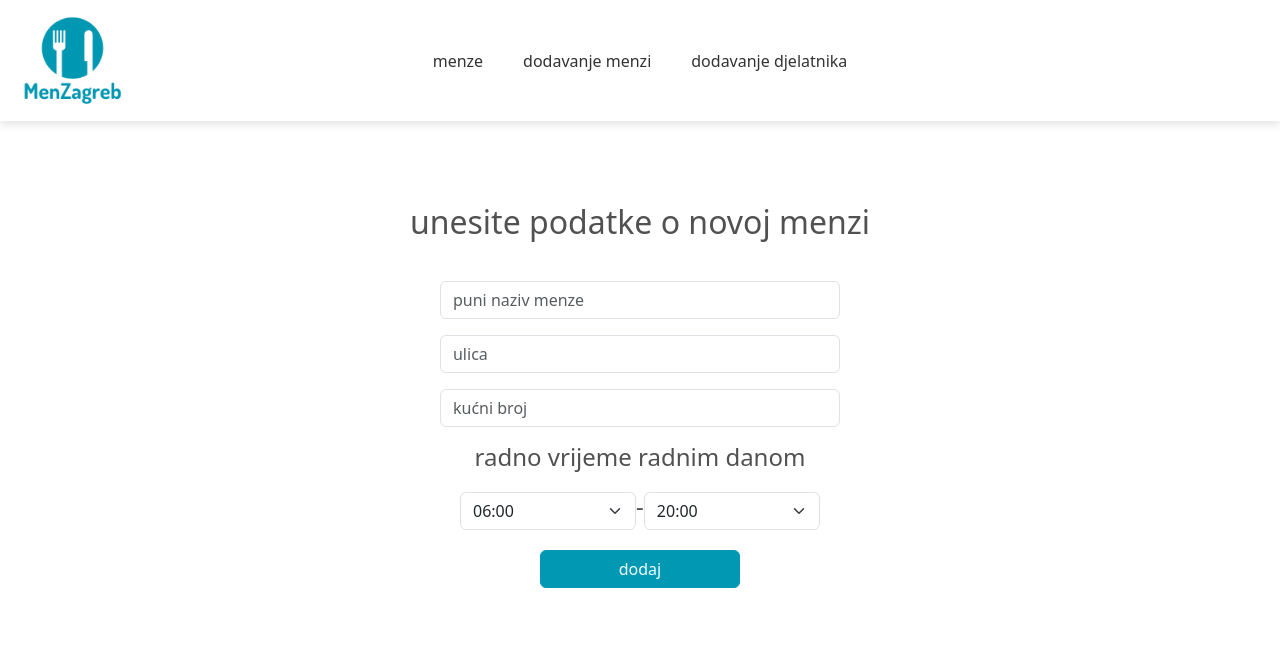
Repository: MENZG/menZg
Page: /admin/dodajMenzu (app in IzvorniKod/)
These files come from the project's save history. The page is drawn as it stood at one moment and after the next save; the edit follows.
The browser window is 1280 px wide. The pictures show the whole page.
The project was rebuilt for these pictures with package versions that can differ from the ones it lists, and the page was loaded fresh each time. Also part of the build but not shown: IzvorniKod/vite.config.ts, IzvorniKod/src/Components/LoginForm.tsx, IzvorniKod/src/Components/AdminLogin.tsx, IzvorniKod/src/Components/EmployeeLogin.tsx, IzvorniKod/src/Components/NavBar.tsx, IzvorniKod/src/Components/ListaMenza.tsx, IzvorniKod/src/Components/Profil.tsx, IzvorniKod/src/Components/ListaEmployees.tsx and 6 more.

Above is the page before, as saved 2024-11-07 14:10:40.

### IzvorniKod/index.html
<!DOCTYPE html>
<html lang="en">
  <head>
    <meta charset="UTF-8" />
    <meta name="viewport" content="width=device-width, initial-scale=1.0" />
    <link rel="preconnect" href="https://fonts.googleapis.com">
    <link rel="preconnect" href="https://fonts.gstatic.com" crossorigin>
    <link href="https://fonts.googleapis.com/css2?family=Poiret+One&display=swap" rel="stylesheet">
    <title>MenZG</title>
  </head>
  <body>
    <div id="root"></div>
    <script type="module" src="/src/main.tsx"></script>
  </body>
</html>

### IzvorniKod/src/App.tsx
import {
  BrowserRouter as Router,
  Routes,
  Route,
  Navigate,
} from "react-router-dom";

import LoginForm from "./Components/LoginForm.tsx";
import AdminLogin from "./Components/AdminLogin.tsx";
import "bootstrap/dist/css/bootstrap.min.css";
import EmployeeLogin from "./Components/EmployeeLogin.tsx";
import ListaMenza from "./Components/ListaMenza.tsx";
import Profil from "./Components/Profil.tsx";
import AddMenza from "./Components/AddMenza.tsx";
import AddEmployee from "./Components/AddEmployee.tsx";
import AddWorkingHours from "./Components/AddWorkingHours.tsx";
import AddMeals from "./Components/AddMeals.tsx";
import ListaMenzaAdmin from "./Components/ListaMenzaAdmin.tsx";
import ListaMenzaEmployee from "./Components/ListaMenzaEmployee.tsx";

function App() {
  return (
    <Router>
      <Routes>
        <Route path="/" element={<Navigate to="/login/student" />} />
        <Route path="/login" element={<Navigate to="/login/student" />} />
        <Route path="/login/student" element={<LoginForm />} />
        <Route path="/login/admin" element={<AdminLogin />} />
        <Route path="/login/employee" element={<EmployeeLogin />} />
        <Route path="/menze" element={<ListaMenza />} />
        <Route path="/profil" element={<Profil />} />
        <Route path="/admin/menze" element={<ListaMenzaAdmin />} />
        <Route path="/admin/dodajMenzu" element={<AddMenza />} />
        <Route path="/admin/dodajDjelatnika" element={<AddEmployee />} />
        <Route path="/djelatnik/menze" element={<ListaMenzaEmployee />} />
        <Route path="/djelatnik/dodajJelovnik" element={<AddMeals />} />
        <Route
          path="/djelatnik/dodajRadnoVrijeme"
          element={<AddWorkingHours />}
        />
      </Routes>
    </Router>
  );
}

export default App;

### IzvorniKod/src/Components/AddMenza.tsx
import NavBarAdmin from "./NavBarAdmin";
import { Button, Form } from "react-bootstrap";
import "/src/styles/AddMenza.css";

function AddMenza() {
  return (
    <>
      <NavBarAdmin />
      <div className="dodaj-menzu-container">
        <h2 className="h2">unesite podatke o novoj menzi</h2>
        <Form className="w-100" style={{ maxWidth: "400px" }}>
          <Form.Group className="mb-3">
            <Form.Control
              className="form-control"
              type="text"
              placeholder="puni naziv menze"
            />
          </Form.Group>

          <Form.Group className="mb-3">
            <Form.Control
              className="form-control"
              type="text"
              placeholder="ulica"
            />
          </Form.Group>

          <Form.Group className="mb-3">
            <Form.Control
              className="form-control"
              type="text"
              placeholder="kućni broj"
            />
          </Form.Group>

          <h4 className="h4">radno vrijeme radnim danom</h4>
          <div className="select-container">
            <select className="form-select" aria-label="Default select example">
              <option selected>06:00</option>
              <option value="6">06:00</option>
              <option value="7">07:00</option>
              <option value="8">08:00</option>
              <option value="9">09:00</option>
              <option value="10">10:00</option>
              <option value="11">11:00</option>
              <option value="12">12:00</option>
              <option value="13">13:00</option>
              <option value="14">14:00</option>
              <option value="15">15:00</option>
              <option value="16">16:00</option>
              <option value="17">17:00</option>
              <option value="18">18:00</option>
              <option value="19">19:00</option>
              <option value="20">20:00</option>
              <option value="21">21:00</option>
              <option value="22">22:00</option>
              <option value="23">23:00</option>
            </select>
            <h4 className="h4"> - </h4>
            <select className="form-select" aria-label="Default select example">
              <option selected>20:00</option>
              <option value="6">06:00</option>
              <option value="7">07:00</option>
              <option value="8">08:00</option>
              <option value="9">09:00</option>
              <option value="10">10:00</option>
              <option value="11">11:00</option>
              <option value="12">12:00</option>
              <option value="13">13:00</option>
              <option value="14">14:00</option>
              <option value="15">15:00</option>
              <option value="16">16:00</option>
              <option value="17">17:00</option>
              <option value="18">18:00</option>
              <option value="19">19:00</option>
              <option value="20">20:00</option>
              <option value="21">21:00</option>
              <option value="22">22:00</option>
              <option value="23">23:00</option>
            </select>
          </div>

          <Button variant="primary" type="submit" className="w-50 mb-3">
            dodaj
          </Button>
        </Form>
      </div>
    </>
  );
}

export default AddMenza;

### IzvorniKod/src/styles/ListaMenza.css
/*.card-container {
    display: grid;
    grid-template-columns: repeat(auto-fill, minmax(18rem, 1fr));
    gap: 1rem;
    padding: 1rem;
    justify-items: center;
    align-items: start;
    padding-top: 20vh;
  }*/

  .card-container {
    display: grid;
    grid-template-columns: repeat(3, 1fr); /* Maksimalno 3 stupca */
    gap: 1rem;
    padding: 1rem;
    justify-items: center;
    justify-content: center;
    align-items: start;
    padding-top: 24vh;
    max-width: 75vw; /* Održite ovu širinu za udaljenost od rubova */
    margin-left: auto; /* Centriranje pomoću automatskih margina */
    margin-right: auto;
  }

  /* Smanji na 2 stupca za srednje ekrane */
  @media (max-width: 768px) {
    .card-container {
      grid-template-columns: repeat(2, 1fr);
    }
  }

  /* Smanji na 1 stupac za male ekrane (mobitele) */
  @media (max-width: 480px) {
    .card-container {
      grid-template-columns: 1fr;
    }
  }

  .card {
    box-shadow: 0px 4px 8px rgba(0, 0, 0, 0.2);
    border-radius: 8px;
    transition: transform 0.3s ease;
  }

  .card:hover {
    transform: scale(1.05);
  }

  .card img {
    border-top-left-radius: 8px;
    border-top-right-radius: 8px;
    object-fit: cover;
    height: 25vh;
  }

  .btn-primary{
    background-color: #0098b3;
    color: azure;
    border-color: #0098b3;
  }

  .btn-primary:hover{
    background-color: #00758a;
    border-color: #00758a;
  }

  .button-container {
    text-align: center;
  }

### IzvorniKod/src/Components/NavBarAdmin.tsx
import "/src/styles/NavBar.css";
import { useNavigate } from "react-router-dom";
import { Button } from "react-bootstrap";

const NavBarAdmin = () => {
  const navigate = useNavigate();

  const handleOnClickMenze = () => {
    navigate("/admin/menze");
  };

  const handleOnClickAddMenza = () => {
    navigate("/admin/dodajMenzu");
  };

  const handleOnClickAddEmployee = () => {
    navigate("/admin/dodajDjelatnika");
  };
  return (
    <nav className="navbar navbar-expand-lg bg-body-tertiary navbar-bg">
      <div className="container-fluid">
        <img
          src="/src/public/MenZagreb.png"
          alt="logo slika"
          className="logo-img"
        ></img>
        <div className="nav-btn-container">
          <ul className="navbar-nav me-auto mb-2 mb-lg-0">
            <li className="nav-item">
              <Button className="nav-btn" onClick={handleOnClickMenze}>
                menze
              </Button>
            </li>
            <li className="nav-item">
              <Button className="nav-btn" onClick={handleOnClickAddMenza}>
                dodavanje menzi
              </Button>
            </li>
            <li className="nav-item">
              <Button className="nav-btn" onClick={handleOnClickAddEmployee}>
                dodavanje djelatnika
              </Button>
            </li>
          </ul>
        </div>
      </div>
    </nav>
  );
};

export default NavBarAdmin;

### IzvorniKod/src/styles/AddMenza.css
.dodaj-menzu-container{
    display: flex;
    flex-direction: column;
    align-items: center; /* Centers the children horizontally */
    justify-content: center; /* Centers the children vertically, if needed */
    text-align: center;
    padding-top: 12vh;
}

.h2{
    color: rgb(81, 81, 81);
    margin-bottom: 40px;
}
.h4{
    color: rgb(81, 81, 81);
}

body {
    display: flex;
    justify-content: center; /* Centers horizontally */
    align-items: center; /* Centers vertically */
    min-height: 100vh; /* Ensures the body takes the full height of the viewport */
    margin: 0; /* Removes default margin */
  }

.select-container{
    display: flex;
    flex-direction: row;
    margin: 20px;
}

### IzvorniKod/src/styles/AddEmployee.css
.dodaj-djelatnika-container{
    display: flex;
    flex-direction: column;
    align-items: center; /* Centers the children horizontally */
    justify-content: center; /* Centers the children vertically, if needed */
    text-align: center;
    padding-top: 24vh;
}

.h2{
    color: rgb(81, 81, 81);
    margin-bottom: 40px;
}

body {
    display: flex;
    justify-content: center; /* Centers horizontally */
    align-items: center; /* Centers vertically */
    min-height: 100vh; /* Ensures the body takes the full height of the viewport */
    margin: 0; /* Removes default margin */
  }

### IzvorniKod/src/styles/NavBar.css
.logo-img {
    height: 14vh;
    margin: 0;
}

/* Stil za navigacijske botune */
.nav-item .nav-btn {
    background: none;
    border: none;
    color: #333;
    font-weight: normal;
    cursor: pointer;
    padding: 0;
    text-decoration: none;
    margin: 0 20px;
}

.nav-item .nav-btn:hover {
    color: #0098b3;
    background: none;
}

.nav-btn-container {
    position: absolute;
    left: 50%;
    transform: translateX(-50%);
    display: flex;
    gap: 20px;
    align-items: center;
}

/* Stil za pozadinu navbara */
.navbar-bg {
    background-color: white !important;
}

/* Navbar - fiksna pozicija i stil */
.navbar {
    position: fixed;
    top: 0;
    left: 0;
    width: 100%;
    z-index: 1000;
    background-color: white;
    box-shadow: 0 4px 8px rgba(0, 0, 0, 0.1);
    padding: 10px;
}

/* Kontejner za elemente unutar navbara */
.navbar .container-fluid {
    display: flex;
    align-items: center;
    justify-content: space-between; /* Logo lijevo, ostatak desno */
    position: relative;
}

/* Centriranje logo-a */
.logo-img {
    margin-right: auto; /* Osigurava da logo ostane skroz lijevo */
}

### IzvorniKod/src/styles/ListaEmployees.css
.card-container {
    display: grid;
    grid-template-columns: repeat(3, 1fr); /* Maksimalno 3 stupca */
    gap: 1rem;
    padding: 1rem;
    justify-items: center;
    justify-content: center;
    align-items: start;
    padding-top: 10vh;
    max-width: 75vw; /* Održite ovu širinu za udaljenost od rubova */
    margin-left: auto; /* Centriranje pomoću automatskih margina */
    margin-right: auto;
  }

  /* Smanji na 2 stupca za srednje ekrane */
  @media (max-width: 768px) {
    .card-container {
      grid-template-columns: repeat(2, 1fr);
    }
  }

  /* Smanji na 1 stupac za male ekrane (mobitele) */
  @media (max-width: 480px) {
    .card-container {
      grid-template-columns: 1fr;
    }
  }

  .card {
    box-shadow: 0px 4px 8px rgba(0, 0, 0, 0.2);
    border-radius: 8px;
    transition: transform 0.3s ease;
  }

  .card:hover {
    transform: scale(1.05);
  }

  .card img {
    border-top-left-radius: 8px;
    border-top-right-radius: 8px;
    object-fit: cover;
    height: 25vh;
  }

  .btn-primary{
    background-color: #0098b3;
    color: azure;
    border-color: #0098b3;
  }

  .btn-primary:hover{
    background-color: #00758a;
    border-color: #00758a;
  }

  .button-container {
    text-align: center;
  }

Loaded but not shown: IzvorniKod/src/main.tsx (common file)

After the next save:
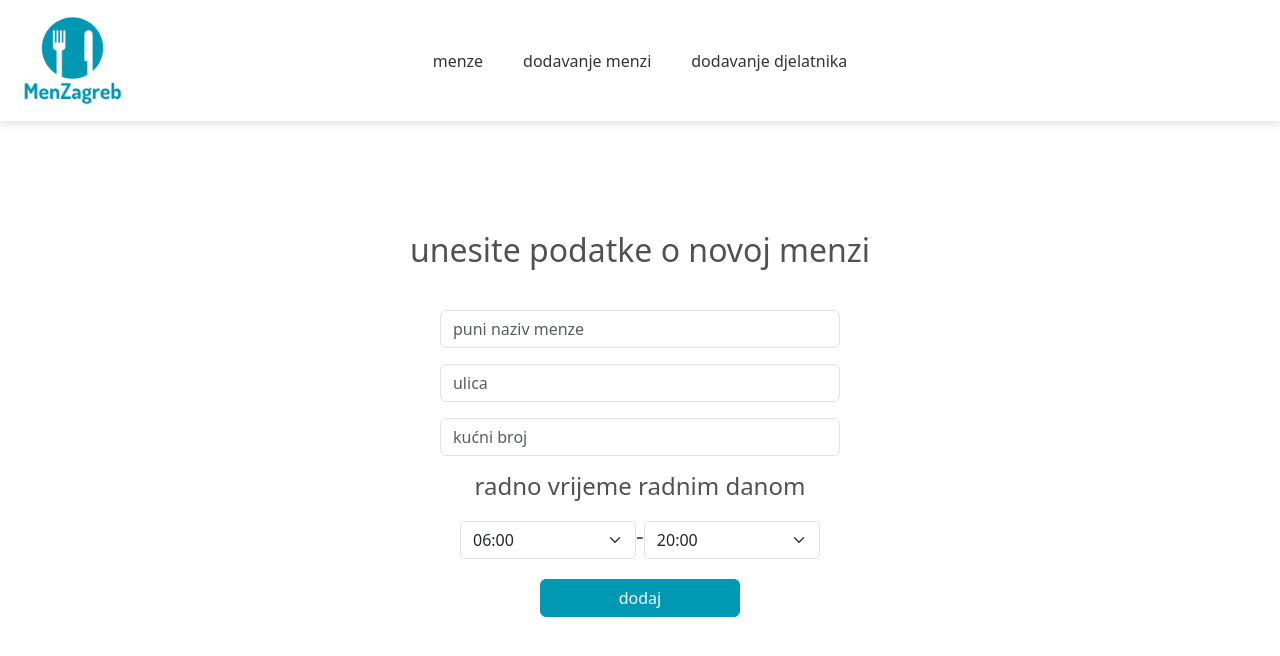
Saved 17 s later.
--- a/IzvorniKod/src/styles/AddMenza.css
+++ b/IzvorniKod/src/styles/AddMenza.css
@@ -4,7 +4,7 @@
     align-items: center; /* Centers the children horizontally */
     justify-content: center; /* Centers the children vertically, if needed */
     text-align: center;
-    padding-top: 12vh;
+    padding-top: 20vh;
 }
 
 .h2{
